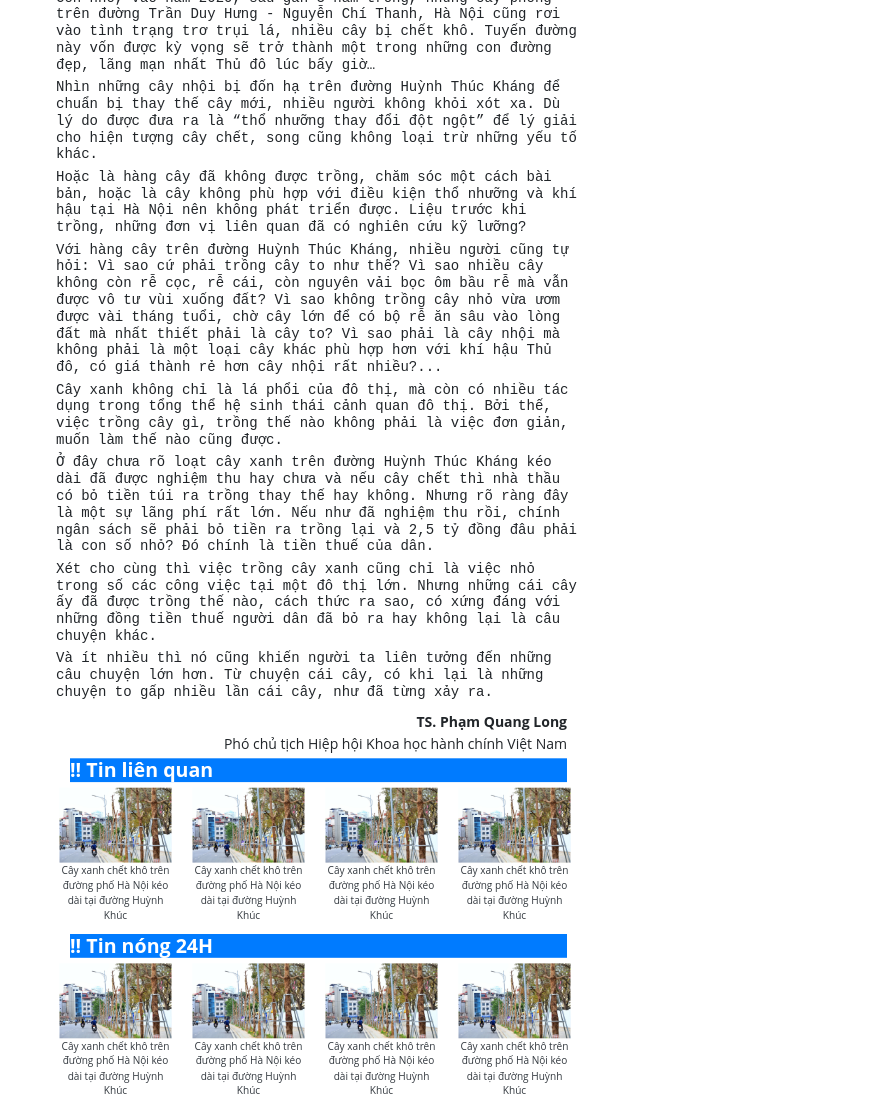
Repository: TRITO719/18_TrinhQuocToan_20081631
Page: So37/html/caykho.html
These files come from the project's save history. The page is drawn as it stood at one moment and after the next save; the edit follows.
The browser window is 1280 px wide. The pictures show the part of the page from y = 1706 to 3626 px (the page is 3291 px tall before and 3626 px after), at 70% of full size.

Above is the page before, as saved 2023-04-19 13:10:22.

### So37/html/caykho.html
<!DOCTYPE html>
<html lang="en">
<head>
    <meta charset="UTF-8">
    <meta http-equiv="X-UA-Compatible" content="IE=edge">
    <meta name="viewport" content="width=device-width, initial-scale=1.0">
    <title>Document</title>
    <link rel="stylesheet" href="../css/bootstrap.min.css">
    <script src="../js/jquery-3.6.4.min.js"></script>
    <script src="../js/bootstrap.min.js"></script>
    <link rel="stylesheet" href="../css/style.css">
    <link rel="stylesheet" href="https://cdnjs.cloudflare.com/ajax/libs/font-awesome/4.7.0/css/font-awesome.min.css">
</head>
<body>
    <!--Tao thuong hieu va menu-->
    <div class="container">
        <!--Nhan-->
        <a  href="">
            <img class="navbar-brand-item mx-auto d-block" src="../img/Capture.PNG" alt="">
        </a>
        <!--Menu-->
        <nav class="navbar navbar-expand-lg  navbar-light bg-light sticky-top">
            <div class="navbar-collapse collapse show" id="navbar">
                <ul class="navbar-nav">
                    <!--Trang chu-->
                    <li class="nav-item dropdown">
                        <a class="nav-link dropdown-toggle" id="trangchu" data-toggle="dropdown" aria-haspopup="true" aria-expanded="false" href="#">Trang chủ</a>
                        <div class="dropdown-menu" aria-labelledby="trangchu">
                            <a class="dropdown-item" href="#">Trang chính</a>
                            <a class="dropdown-item" href="#">Trang mua sắm</a>
                            <a class="dropdown-item" href="#">Trang giới thiệu</a>
                        </div>
                    </li>

                        <li class="nav-item dropdown">
                            <a class="nav-link dropdown-toggle" href="#" id="thoisuDropdown" role="button" data-toggle="dropdown" aria-haspopup="true" aria-expanded="false">Thời sự
                            </a>
                            <div class="dropdown-menu" aria-labelledby="thoisuDropdown">
                                <a class="dropdown-item" href="#">Tin nóng</a>
                                <a class="dropdown-item" href="#">Tin mới</a>
                                <a class="dropdown-item" href="#">Tin trong ngày</a>
                                <a class="dropdown-item" href="#">Tin trong tuần</a>
                                <a class="dropdown-item" href="#">Tin chính trị</a>
                                <a class="dropdown-item" href="#">Tin kinh tế</a>
                                <a class="dropdown-item" href="#">Tin giáo dục </a>
                                <a class="dropdown-item" href="#">Tin quân sự</a>
                            </div>
                        </li>
                        <li class="nav-item dropdown">
                            <a class="nav-link dropdown-toggle" href="#" id="thoisuDropdown" role="button" data-toggle="dropdown" aria-haspopup="true" aria-expanded="false">Thế giới
                            </a>
                            <div class="dropdown-menu" aria-labelledby="thoisuDropdown">
                                <a class="dropdown-item" href="#">Tin nóng</a>
                                <a class="dropdown-item" href="#">Tin mới</a>
                                <a class="dropdown-item" href="#">Tin trong ngày</a>
                                <a class="dropdown-item" href="#">Tin trong tuần</a>
                                <a class="dropdown-item" href="#">Tin chính trị</a>
                                <a class="dropdown-item" href="#">Tin kinh tế</a>
                                <a class="dropdown-item" href="#">Tin giáo dục </a>
                                <a class="dropdown-item" href="#">Tin quân sự</a>
                            </div>
                        </li>
                        <li class="nav-item ">
                            <a class="nav-link" href="">Video</a>

                        </li>
                        <li class="nav-item ">
                            <a class="nav-link" href="">Chủ đề</a>

                        </li>

                        <div class="col ml-auto">
                            <form class="d-flex">
                                <input class="form-control me-2" type="search" placeholder="Tìm kiếm" aria-label="Search">
                                <button class="btn btn-outline-success" type="submit">Tìm kiếm</button>
                            </form>

                        </div>

                </ul>

            </div>

        </nav>
        <div class="row text-center " style="font-family:'Gill Sans', 'Gill Sans MT', Calibri, 'Trebuchet MS', sans-serif">
            <h1>Cây xanh chết khô trên đường phố Hà Nội kéo dài tại đường Huỳnh Khúc</h1>
            <p class="text-muted" >04/04/2023</p>
            <h5 class="font-weight-bold">Sáng 3/4, nhiều cây nhội chết khô có đường kính thân 20-25cm trên vỉa hè dọc đường Huỳnh Thúc Kháng kéo dài (Hà Nội) đã được nhổ lên.</h5>
                <figure>
                    <img src="../img/cay-xanh-chet-kho-tren-duong-huynh-thuc-khang-keo-dai-2-16803995389678631728.jpg" class="d-block w-100 trans" alt="Hình ảnh 1">
                    <figcaption class="figure-caption text-center text-dark ">
                        Cây xanh chết khô trên đường phố Hà Nội kéo dài tại đường Huỳnh Khúc
                    </figcaption>


        </div>
        <div class="row">
            <div class="col-7" style="margin: 10px;padding: 10px; font-family: 'Gill Sans', 'Gill Sans MT', Calibri, 'Trebuchet MS', sans-serif;">
                <h5>Hạng mục cây xanh trên tuyến đường này có trị giá khoảng 2,5 tỷ đồng, do nhà thầu thi công là liên danh Công ty Đường bộ Phú Thọ và Công ty CP Đầu tư DCC Hà Nội thực hiện. Trước mắt, có vài chục cây được xác định đã bị chết.</h5>

            </div>
            <div class="col-4">

            </div>
            <div class="col-sm-7 col-md-7">
                    <figure>
                        <img src="../img/caykho/img-bgt-2021-cay-xanh-1680532614-width1280height824.jpg" class="d-block w-100 trans" alt="Hình ảnh 1">
                        <figcaption class="figure-caption text-center text-dark ">
                            Cây xanh chết khô trên đường phố Hà Nội kéo dài tại đường Huỳnh Khúc
                        </figcaption>
                    </figure>
            </div>
            <div class="col-4">

            </div>
            <div class="col-8" style="font-family:monospace; margin: 5px; padding: 5px;">
                <h5>
                    Nguyên nhân khiến cây xanh chết khô hoặc có dấu hiệu sinh trưởng thấp được những người có trách nhiệm cho rằng “do thổ nhưỡng bị thay đổi đột ngột”.
                </h5>
                <h5>
                    Đường Huỳnh Thúc Kháng kéo dài có chiều dài khoảng 1,3km, vừa được thông xe vào ngày 17/1, có tổng mức đầu tư hơn 340 tỷ đồng do quận Đống Đa làm chủ đầu tư. Hàng cây xanh 2 bên đường với số lượng 264 cây được đầu tư đồng bộ cùng các hạng mục khác của con đường.
                </h5>
                <h5>
                    Tuy nhiên, đã nhiều tháng trôi qua, hàng cây không lên xanh mà bị khô héo. Nhiều cây chết đã lâu nên lớp vỏ bị bong tróc, gây mất cảnh quan đô thị và tiềm ẩn nguy cơ gãy, đổ, đe dọa người tham gia giao thông.
                </h5>
                <h5>
                    Còn nhớ, vào năm 2020, sau gần 3 năm trồng, những cây phong trên đường Trần Duy Hưng - Nguyễn Chí Thanh, Hà Nội cũng rơi vào tình trạng trơ trụi lá, nhiều cây bị chết khô. Tuyến đường này vốn được kỳ vọng sẽ trở thành một trong những con đường đẹp, lãng mạn nhất Thủ đô lúc bấy giờ…
                </h5>
                <h5>
                    Nhìn những cây nhội bị đốn hạ trên đường Huỳnh Thúc Kháng để chuẩn bị thay thế cây mới, nhiều người không khỏi xót xa. Dù lý do được đưa ra là “thổ nhưỡng thay đổi đột ngột” để lý giải cho hiện tượng cây chết, song cũng không loại trừ những yếu tố khác.
                </h5>
                <h5>
                    Hoặc là hàng cây đã không được trồng, chăm sóc một cách bài bản, hoặc là cây không phù hợp với điều kiện thổ nhưỡng và khí hậu tại Hà Nội nên không phát triển được. Liệu trước khi trồng, những đơn vị liên quan đã có nghiên cứu kỹ lưỡng?
                </h5>
                <h5>
                    Với hàng cây trên đường Huỳnh Thúc Kháng, nhiều người cũng tự hỏi: Vì sao cứ phải trồng cây to như thế? Vì sao nhiều cây không còn rễ cọc, rễ cái, còn nguyên vải bọc ôm bầu rễ mà vẫn được vô tư vùi xuống đất? Vì sao không trồng cây nhỏ vừa ươm được vài tháng tuổi, chờ cây lớn để có bộ rễ ăn sâu vào lòng đất mà nhất thiết phải là cây to? Vì sao phải là cây nhội mà không phải là một loại cây khác phù hợp hơn với khí hậu Thủ đô, có giá thành rẻ hơn cây nhội rất nhiều?...
                </h5>
                <h5>
                    Cây xanh không chỉ là lá phổi của đô thị, mà còn có nhiều tác dụng trong tổng thể hệ sinh thái cảnh quan đô thị. Bởi thế, việc trồng cây gì, trồng thế nào không phải là việc đơn giản, muốn làm thế nào cũng được.
                </h5>
                <h5>
                    Ở đây chưa rõ loạt cây xanh trên đường Huỳnh Thúc Kháng kéo dài đã được nghiệm thu hay chưa và nếu cây chết thì nhà thầu có bỏ tiền túi ra trồng thay thế hay không. Nhưng rõ ràng đây là một sự lãng phí rất lớn. Nếu như đã nghiệm thu rồi, chính ngân sách sẽ phải bỏ tiền ra trồng lại và 2,5 tỷ đồng đâu phải là con số nhỏ? Đó chính là tiền thuế của dân.
                </h5>
                <h5>
                    Xét cho cùng thì việc trồng cây xanh cũng chỉ là việc nhỏ trong số các công việc tại một đô thị lớn. Nhưng những cái cây ấy đã được trồng thế nào, cách thức ra sao, có xứng đáng với những đồng tiền thuế người dân đã bỏ ra hay không lại là câu chuyện khác.

                </h5>
                <h5>
                    Và ít nhiều thì nó cũng khiến người ta liên tưởng đến những câu chuyện lớn hơn. Từ chuyện cái cây, có khi lại là những chuyện to gấp nhiều lần cái cây, như đã từng xảy ra.
                </h5>
            </div>


        </div>
        <div class="col-8">
            <div class="text-right">
                <h5 class="font-weight-bold">
                    TS. Phạm Quang Long
                </h5>
                <h5>
                    Phó chủ tịch Hiệp hội Khoa học hành chính Việt Nam
                </h5>

            </div>
            <div>
                <h3 class="text-white font-weight-bold bg-primary">!! Tin liên quan</h3>
            </div>
        </div>
        <div class="row">
            <div class="col-sm-2 col-md-2">
                <a href="">
                    <figure>
                        <img src="../img/cay-xanh-chet-kho-tren-duong-huynh-thuc-khang-keo-dai-2-16803995389678631728.jpg" class="d-block w-100 trans" alt="Hình ảnh 1">
                        <figcaption class="figure-caption text-center text-dark ">
                            Cây xanh chết khô trên đường phố Hà Nội kéo dài tại đường Huỳnh Khúc
                        </figcaption>
                </a>

            </div>
            <div class="col-sm-2 col-md-2">
                <a href="">
                    <figure>
                        <img src="../img/cay-xanh-chet-kho-tren-duong-huynh-thuc-khang-keo-dai-2-16803995389678631728.jpg" class="d-block w-100 trans" alt="Hình ảnh 1">
                        <figcaption class="figure-caption text-center text-dark ">
                            Cây xanh chết khô trên đường phố Hà Nội kéo dài tại đường Huỳnh Khúc
                        </figcaption>
                </a>

            </div>
            <div class="col-sm-2 col-md-2">
                <a href="">
                    <figure>
                        <img src="../img/cay-xanh-chet-kho-tren-duong-huynh-thuc-khang-keo-dai-2-16803995389678631728.jpg" class="d-block w-100 trans" alt="Hình ảnh 1">
                        <figcaption class="figure-caption text-center text-dark ">
                            Cây xanh chết khô trên đường phố Hà Nội kéo dài tại đường Huỳnh Khúc
                        </figcaption>
                </a>

            </div>
            <div class="col-sm-2 col-md-2">
                <a href="">
                    <figure>
                        <img src="../img/cay-xanh-chet-kho-tren-duong-huynh-thuc-khang-keo-dai-2-16803995389678631728.jpg" class="d-block w-100 trans" alt="Hình ảnh 1">
                        <figcaption class="figure-caption text-center text-dark ">
                            Cây xanh chết khô trên đường phố Hà Nội kéo dài tại đường Huỳnh Khúc
                        </figcaption>
                </a>

            </div>

        </div>
        <div class="col-sm-8 col-md-8">
            <div>
                <h3 class="text-white font-weight-bold bg-primary">!! Tin nóng 24H</h3>
            </div>

        </div>
        <div class="row">
            <div class="col-sm-2 col-md-2">
                <a href="">
                    <figure>
                        <img src="../img/cay-xanh-chet-kho-tren-duong-huynh-thuc-khang-keo-dai-2-16803995389678631728.jpg" class="d-block w-100 trans" alt="Hình ảnh 1">
                        <figcaption class="figure-caption text-center text-dark ">
                            Cây xanh chết khô trên đường phố Hà Nội kéo dài tại đường Huỳnh Khúc
                        </figcaption>
                </a>

            </div>
            <div class="col-sm-2 col-md-2">
                <a href="">
                    <figure>
                        <img src="../img/cay-xanh-chet-kho-tren-duong-huynh-thuc-khang-keo-dai-2-16803995389678631728.jpg" class="d-block w-100 trans" alt="Hình ảnh 1">
                        <figcaption class="figure-caption text-center text-dark ">
                            Cây xanh chết khô trên đường phố Hà Nội kéo dài tại đường Huỳnh Khúc
                        </figcaption>
                </a>

            </div>
            <div class="col-sm-2 col-md-2">
                <a href="">
                    <figure>
                        <img src="../img/cay-xanh-chet-kho-tren-duong-huynh-thuc-khang-keo-dai-2-16803995389678631728.jpg" class="d-block w-100 trans" alt="Hình ảnh 1">
                        <figcaption class="figure-caption text-center text-dark ">
                            Cây xanh chết khô trên đường phố Hà Nội kéo dài tại đường Huỳnh Khúc
                        </figcaption>
                </a>

            </div>
            <div class="col-sm-2 col-md-2">
                <a href="">
                    <figure>
                        <img src="../img/cay-xanh-chet-kho-tren-duong-huynh-thuc-khang-keo-dai-2-16803995389678631728.jpg" class="d-block w-100 trans" alt="Hình ảnh 1">
                        <figcaption class="figure-caption text-center text-dark ">
                            Cây xanh chết khô trên đường phố Hà Nội kéo dài tại đường Huỳnh Khúc
                        </figcaption>
                </a>

            </div>

        </div>
    </div>


</body>

### So37/css/style.css
.trans:hover{
    transform: scale(1.05);
    box-shadow: 0 0 10px rgba(0, 0, 0, 0.5);
    transition: transform 0.5s ease-in-out, box-shadow 0.5s ease-in-out;
}
.row1{
    padding: 10px;
    margin: 10px;
}
#text1{
    font-family: 'Trebuchet MS', 'Lucida Sans Unicode', 'Lucida Grande', 'Lucida Sans', Arial, sans-serif;
}
@import url(https://fonts.googleapis.com/css?family=Open+Sans:400,500,300,700);
* {
    font-family: Open Sans;
  }

  section {
    width: 100%;
    display: inline-block;
    background: #333;
    height: 50vh;
    text-align: center;
    font-size: 22px;
    font-weight: 700;
    text-decoration: underline;
  }

  .footer-distributed{
      background: #666;
      box-shadow: 0 1px 1px 0 rgba(0, 0, 0, 0.12);
      box-sizing: border-box;
      width: 100%;
      text-align: left;
      font: bold 16px sans-serif;
      padding: 55px 50px;
  }

  .footer-distributed .footer-left,
  .footer-distributed .footer-center,
  .footer-distributed .footer-right{
      display: inline-block;
      vertical-align: top;
  }

  /* Footer left */

  .footer-distributed .footer-left{
      width: 40%;
  }

  /* The company logo */

  .footer-distributed h3{
      color:  #ffffff;
      font: normal 36px 'Open Sans', cursive;
      margin: 0;
  }

  .footer-distributed h3 span{
      color:  lightseagreen;
  }

  /* Footer links */

  .footer-distributed .footer-links{
      color:  #ffffff;
      margin: 20px 0 12px;
      padding: 0;
  }

  .footer-distributed .footer-links a{
      display:inline-block;
      line-height: 1.8;
    font-weight:400;
      text-decoration: none;
      color:  inherit;
  }

  .footer-distributed .footer-company-name{
      color:  #222;
      font-size: 14px;
      font-weight: normal;
      margin: 0;
  }

  /* Footer Center */

  .footer-distributed .footer-center{
      width: 35%;
  }

  .footer-distributed .footer-center i{
      background-color:  #33383b;
      color: #ffffff;
      font-size: 25px;
      width: 38px;
      height: 38px;
      border-radius: 50%;
      text-align: center;
      line-height: 42px;
      margin: 10px 15px;
      vertical-align: middle;
  }

  .footer-distributed .footer-center i.fa-envelope{
      font-size: 17px;
      line-height: 38px;
  }

  .footer-distributed .footer-center p{
      display: inline-block;
      color: #ffffff;
    font-weight:400;
      vertical-align: middle;
      margin:0;
  }

  .footer-distributed .footer-center p span{
      display:block;
      font-weight: normal;
      font-size:14px;
      line-height:2;
  }

  .footer-distributed .footer-center p a{
      color:  lightseagreen;
      text-decoration: none;;
  }

  .footer-distributed .footer-links a:before {
    content: "|";
    font-weight:300;
    font-size: 20px;
    left: 0;
    color: #fff;
    display: inline-block;
    padding-right: 5px;
  }

  .footer-distributed .footer-links .link-1:before {
    content: none;
  }

  /* Footer Right */

  .footer-distributed .footer-right{
      width: 20%;
  }

  .footer-distributed .footer-company-about{
      line-height: 20px;
      color:  #92999f;
      font-size: 13px;
      font-weight: normal;
      margin: 0;
  }

  .footer-distributed .footer-company-about span{
      display: block;
      color:  #ffffff;
      font-size: 14px;
      font-weight: bold;
      margin-bottom: 20px;
  }

  .footer-distributed .footer-icons{
      margin-top: 25px;
  }

  .footer-distributed .footer-icons a{
      display: inline-block;
      width: 35px;
      height: 35px;
      cursor: pointer;
      background-color:  #33383b;
      border-radius: 2px;

      font-size: 20px;
      color: #ffffff;
      text-align: center;
      line-height: 35px;

      margin-right: 3px;
      margin-bottom: 5px;
  }

  /* If you don't want the footer to be responsive, remove these media queries */

  @media (max-width: 880px) {

      .footer-distributed{
          font: bold 14px sans-serif;
      }

      .footer-distributed .footer-left,
      .footer-distributed .footer-center,
      .footer-distributed .footer-right{
          display: block;
          width: 100%;
          margin-bottom: 40px;
          text-align: center;
      }

      .footer-distributed .footer-center i{
          margin-left: 0;
      }

  }

Loaded but not shown: So37/css/bootstrap.min.css (library); So37/js/jquery-3.6.4.min.js (library); So37/js/bootstrap.min.js (library)

After the next save:
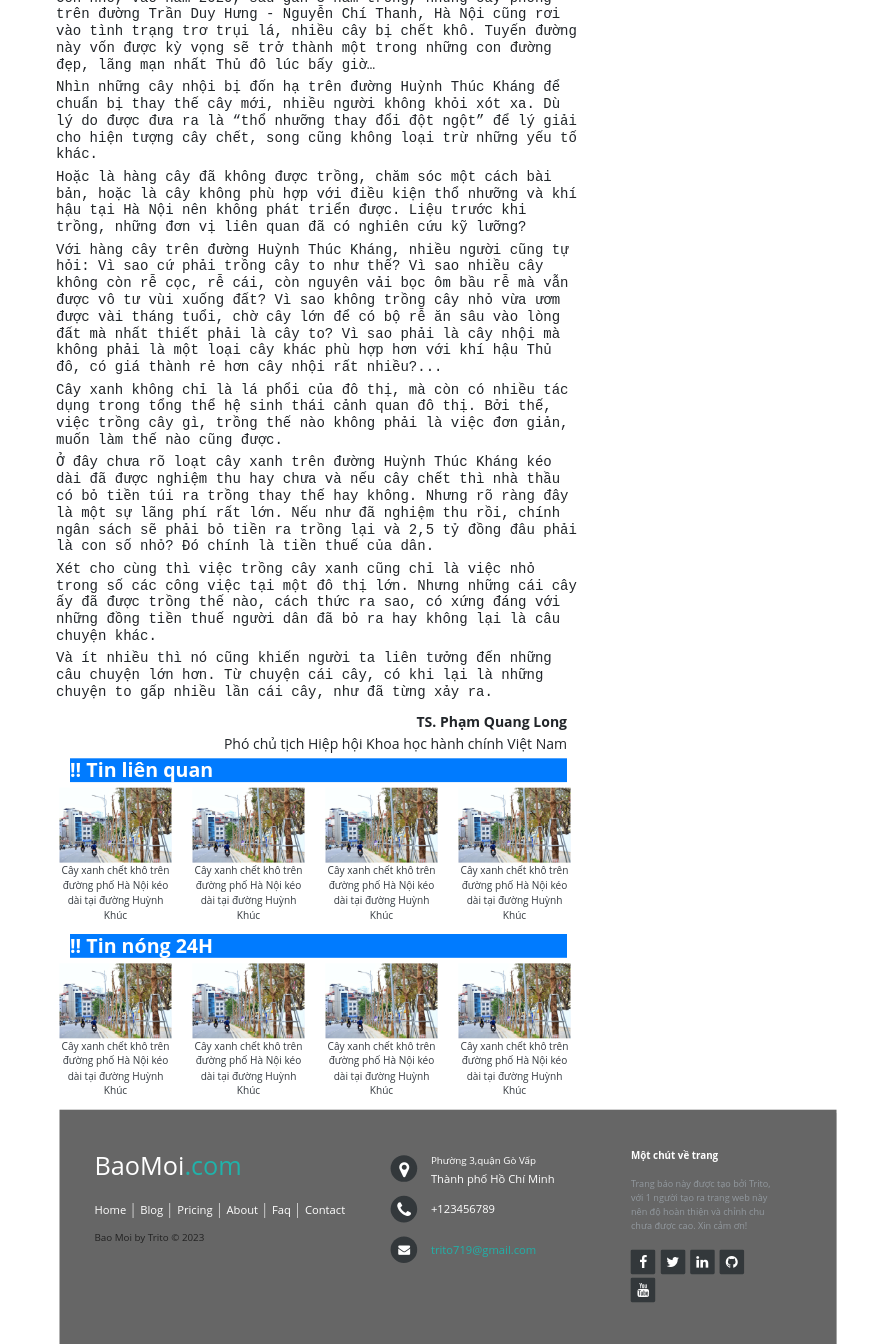
Saved 32 s later.
--- a/So37/html/caykho.html
+++ b/So37/html/caykho.html
@@ -258,6 +258,70 @@
             </div>
 
         </div>
+        <footer class="footer-distributed">
+
+            <div class="footer-left">
+
+                <h3>BaoMoi<span>.com</span></h3>
+
+                <p class="footer-links">
+                    <a href="#" class="link-1">Home</a>
+
+                    <a href="#">Blog</a>
+
+                    <a href="#">Pricing</a>
+
+                    <a href="#">About</a>
+
+                    <a href="#">Faq</a>
+
+                    <a href="#">Contact</a>
+                </p>
+
+                <p class="footer-company-name">Bao Moi by Trito © 2023</p>
+            </div>
+
+            <div class="footer-center">
+
+                <div>
+                    <i class="fa fa-map-marker"></i>
+                    <p><span>Phường 3,quận Gò Vấp</span> Thành phố Hồ Chí Minh</p>
+                </div>
+
+                <div>
+                    <i class="fa fa-phone"></i>
+                    <p>+123456789</p>
+                </div>
+
+                <div>
+                    <i class="fa fa-envelope"></i>
+                    <p><a href="trito719@gmail.com">trito719@gmail.com</a></p>
+                </div>
+
+            </div>
+
+            <div class="footer-right">
+
+                <p class="footer-company-about">
+                    <span>Một chút về trang</span>
+                    Trang báo này được tạo bởi Trito, với 1 người tạo ra trang web này nên độ hoàn thiện và chỉnh chu chưa được cao. Xin cảm ơn!
+                </p>
+
+                <div class="footer-icons">
+
+                    <a href="https://www.facebook.com/" ><i class="fa fa-facebook"></i></a>
+                    <a href="https://twitter.com/home"><i class="fa fa-twitter"></i></a>
+                    <a href="https://www.linkedin.com/"><i class="fa fa-linkedin"></i></a>
+                    <a href="https://github.com/"><i class="fa fa-github"></i></a>
+                    <a href="https://www.youtube.com/watch?v=dQw4w9WgXcQ"><i class="fa fa-youtube"></i></a>
+
+
+                </div>
+
+            </div>
+
+        </footer>
+
     </div>
 
 
